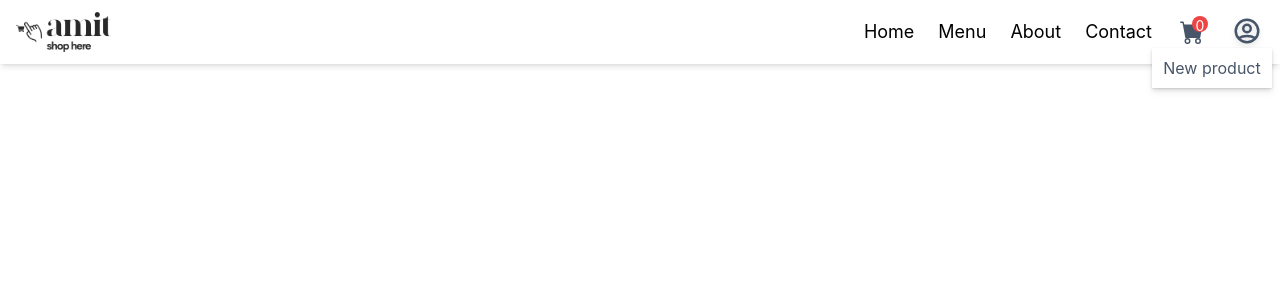
Repository: Lehuyhuynh/Web_ban_hoa_qua
Page: / (app in frontend/)
These files come from the project's save history. The page is drawn as it stood at one moment and after the next save; the edit follows.
The browser window is 1280 px wide. The pictures show the whole page.
The project was rebuilt for these pictures with package versions that can differ from the ones it lists, and the page was loaded fresh each time. Also part of the build but not shown: frontend/src/page/Menu.js, frontend/src/page/About.js, frontend/src/page/Contact.js.

Above is the page before, as saved 2024-01-01 21:32:05.

### frontend/src/index.js
import React from "react";
import ReactDOM from "react-dom/client";
import "./index.css";
import App from "./App";
import reportWebVitals from "./reportWebVitals";
import {
  createBrowserRouter,
  createRoutesFromElements,
  Route,
  RouterProvider,
} from "react-router-dom";

import Home from "./page/Home";
import Menu from "./page/Menu";
import About from "./page/About";
import Contact from "./page/Contact";
const router = createBrowserRouter(
  createRoutesFromElements(
    <Route path="/" element={<App />}>
      <Route index element={<Home />} />
      <Route path="menu" element={<Menu />} />
      <Route path="about" element={<About />} />
      <Route path="contact" element={<Contact />} />
    </Route>
  )
);

const root = ReactDOM.createRoot(document.getElementById("root"));
root.render(<RouterProvider router={router} />);

// If you want to start measuring performance in your app, pass a function
// to log results (for example: reportWebVitals(console.log))
// or send to an analytics endpoint. Learn more: https://bit.ly/CRA-vitals
reportWebVitals();

### frontend/src/App.js
import Header from "./component/Header";
import { Outlet } from "react-router-dom";
function App() {
  return (
    <div className="">
      <Header></Header>
      <main>
        <Outlet />
      </main>
    </div>
  );
}

export default App;

### frontend/src/component/Header.js
import logo from "../assest/logo .png";
import { Link } from "react-router-dom";
import { HiOutlineUserCircle } from "react-icons/hi";
import { BsCartFill } from "react-icons/bs";
function Header() {
  return (
    <header className="fixed shadow-md w-full h-16 px-2 md:px-4 z-50 bg-white">
      {/* desktop */}

      <div className="flex items-center h-full justify-between">
        <Link to={""}>
          <div className="h-10">
            <img src={logo} className="h-full" />
          </div>
        </Link>

        <div className="flex items-center gap-4 md:gap-7">
          <nav className="gap-4 md:gap-6 text-base md:text-lg hidden md:flex">
            <Link to={""}> Home</Link>
            <Link to={"menu"}> Menu</Link>
            <Link to={"about"}> About</Link>
            <Link to={"contact"}>Contact</Link>
          </nav>

          <div className="text-2xl text-slate-600 relative">
            <BsCartFill />
            <div className="absolute -top-1 -right-1 text-white bg-red-500 h-4 w-4 rounded-full m-0 p-0 text-sm text-center">
              0
            </div>
          </div>
          <div className=" text-slate-600">
            <div className="text-3xl cursor-pointer w-8 h-8 rounded-full overflow-hidden drop-shadow-md">
              <HiOutlineUserCircle />
            </div>

            <div className="absolute right-2 bg-white py-2  shadow drop-shadow-md flex flex-col min-w-[120px] text-center">
              <p>New product</p>
            </div>
          </div>
        </div>
      </div>
    </header>
  );
}
export default Header;

Loaded but not shown: frontend/public/index.html (common file); frontend/src/index.css (common file); frontend/src/reportWebVitals.js (common file); frontend/src/page/Home.js (common file); frontend/tailwind.config.js (common file)

After the next save:
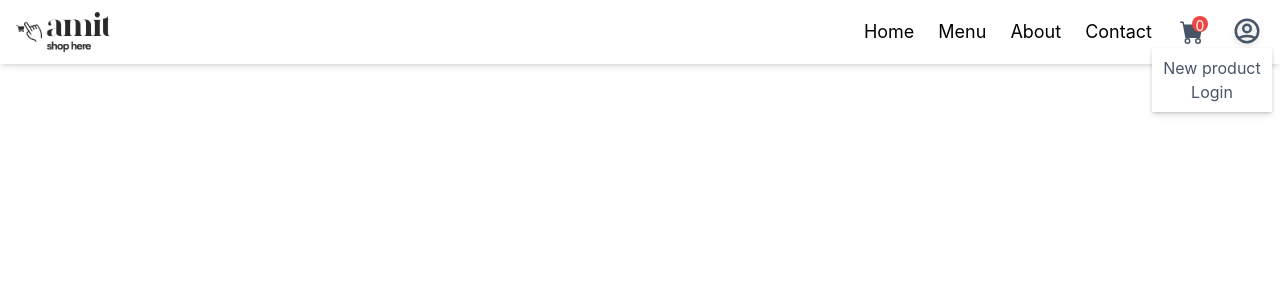
Saved 44 s later.
--- a/frontend/src/component/Header.js
+++ b/frontend/src/component/Header.js
@@ -35,6 +35,7 @@
 
             <div className="absolute right-2 bg-white py-2  shadow drop-shadow-md flex flex-col min-w-[120px] text-center">
               <p>New product</p>
+              <p>Login</p>
             </div>
           </div>
         </div>
